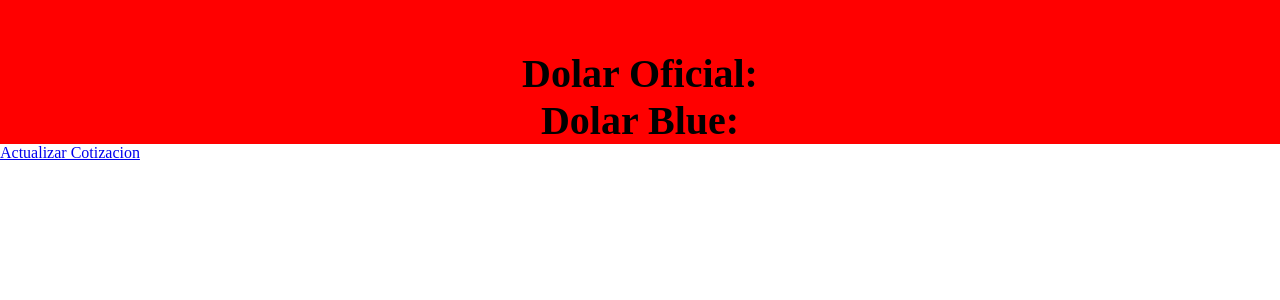
Repository: matias4633/Bill-Metal
Page: BillMetal/widget/BillMetal/index.html
These files come from the project's save history. The page is drawn as it stood at one moment and after the next save; the edit follows.
The browser window is 1280 px wide. The pictures show the whole page.
The page's requests for data from a server got no answer.

Above is the page before, as saved 2022-07-15 02:29:53.
Console error (its wording comes from the project's code and is left out).

After the next save:
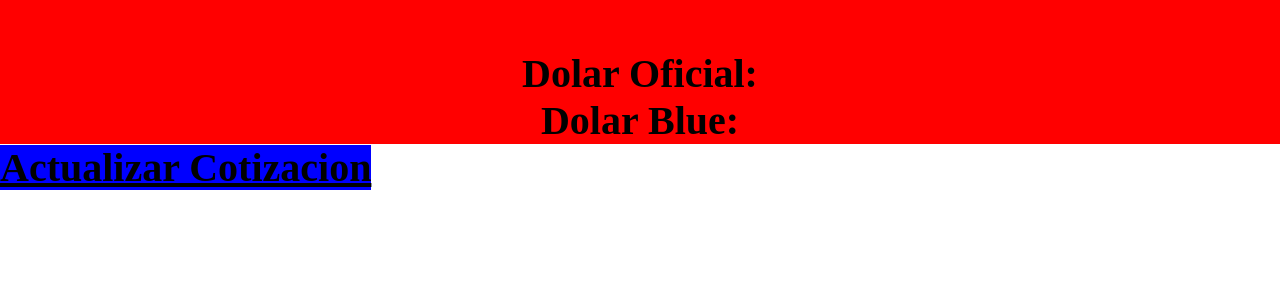
Saved 66 s later.
--- a/BillMetal/widget/BillMetal/css/style.css
+++ b/BillMetal/widget/BillMetal/css/style.css
@@ -4,9 +4,7 @@ body {
     height: 100%;
     margin: 0;
     padding: 0;
-
 }
-
 #page {
     background-color: white;
     color: #fff;
@@ -21,25 +19,24 @@ body {
 #texto-oficial {
     font-weight: bold;
     font-size: 40px;
-    color:black;
-	padding-top: 50px;
+    color: black;
+    padding-top: 50px;
     vertical-align: text-bottom;
     margin: 0;
     text-align: center;
     background: red
-
 }
 #oficial {
     background: blue;
     font-weight: bold;
     font-size: 40px;
     text-align: center;
-     color: black;
+    color: black;
 }
 #texto-blue {
     font-weight: bold;
     font-size: 40px;
-    color:black;
+    color: black;
     margin: 0;
     text-align: center;
     background: red
@@ -49,5 +46,12 @@ body {
     font-weight: bold;
     font-size: 40px;
     text-align: center;
-     color: black;
+    color: black;
 }
+#actualizar {
+    background: blue;
+    font-weight: bold;
+    font-size: 40px;
+    text-align: center;
+    color: black;
+}
